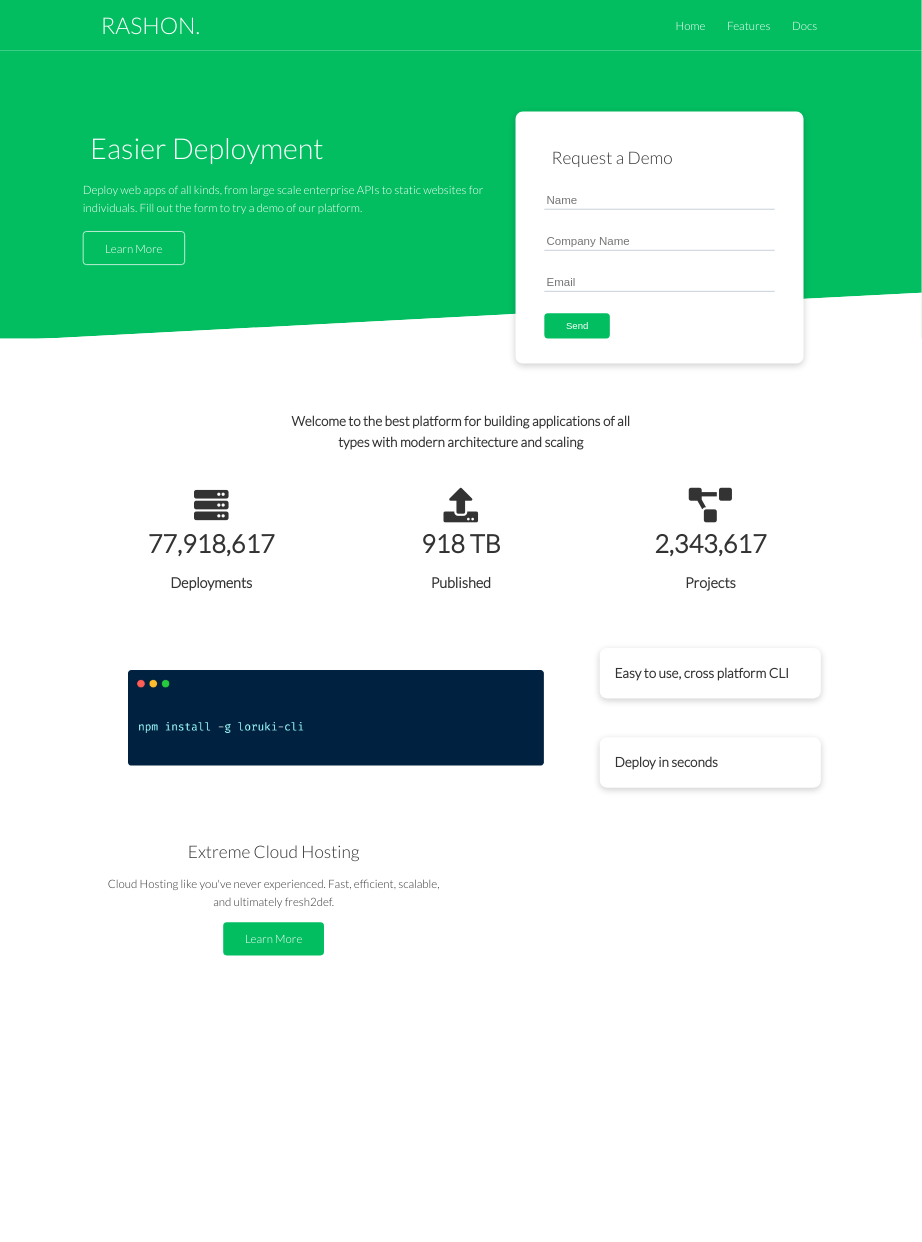
Repository: Skilis/website-modern
Page: index.html
The author's editor kept a copy of each file at every save. The page is drawn from the files as they stood at one save, then again after the next save.
The browser window is 1280 px wide. The pictures show the whole page, at 72% of full size.

Above is the page before, as saved 2020-10-23 15:12:22.

### index.html
<!DOCTYPE html>
<html lang="en">

<head>
  <meta charset="UTF-8">
  <meta name="viewport" content="width=device-width, initial-scale=1.0">
  <link rel="stylesheet" href="https://cdnjs.cloudflare.com/ajax/libs/font-awesome/5.15.1/css/all.min.css"
    integrity="sha512-+4zCK9k+qNFUR5X+cKL9EIR+ZOhtIloNl9GIKS57V1MyNsYpYcUrUeQc9vNfzsWfV28IaLL3i96P9sdNyeRssA=="
    crossorigin="anonymous" />
  <link rel="stylesheet" href="css/utilities.css">
  <link rel="stylesheet" href="css/style.css">

  <title>Rashon | Cloud Hosting For The SuperPhly</title>
</head>

<body>
  <!-- Navbar-->
  <div class="navbar">
    <div class="container flex">
      <h1 class="logo">RASHON.</h1>
      <nav>
        <ul>
          <li><a href="index.html">Home</a></li>
          <li><a href="features.html">Features</a></li>
          <li><a href="docs.html">Docs</a></li>
        </ul>
      </nav>
    </div>

  </div>

  <!-- Showcase-->

  <section class="showcase">
    <div class="container grid">
      <div class="showcase-text">
        <h1>Easier Deployment</h1>
        <p>Deploy web apps of all kinds, from large scale enterprise APIs to static websites for individuals. Fill out
          the form to try a demo of our platform.</p>
        <a href="features.html" class="btn btn-outline">Learn More</a>
      </div>

      <div class="showcase-form card">
        <h2>Request a Demo</h2>
        <form>
          <div class="form-control">
            <input type="text" name="name" placeholder="Name" required>
          </div>
          <div class="form-control">
            <input type="text" name="company" placeholder="Company Name" required>
          </div>
          <div class="form-control">
            <input type="email" name="email" placeholder="Email" required>
          </div>
          <input type="submit" value="Send" class="btn btn-primary">
        </form>
      </div>
    </div>

  </section>

  <!-- Stats-->

  <section class="stats">
    <div class="container">
      <h3 class="stats-heading text-center my-1">
        Welcome to the best platform for building applications of all types with modern architecture and scaling
      </h3>

      <div class="grid grid-3 text-center my-4">
        <div>
          <i class="fas fa-server fa-3x"></i>
          <h3>77,918,617</h3>
          <p class="text-secondary">Deployments</p>
        </div>
        <div> <i class="fas fa-upload fa-3x"></i>
          <h3>918 TB</h3>
          <p class="text-secondary">Published</p>
        </div>
        <div> <i class="fas fa-project-diagram fa-3x"></i>
          <h3>2,343,617</h3>
          <p class="text-secondary">Projects</p>
        </div>
      </div>


    </div>

  </section>

  <!-- Cli -->

  <section class="cli">
    <div class="container grid">
      <img src="images/cli.png" alt="">
      <div class="card">
        <h3>Easy to use, cross platform CLI</h3>
      </div>
      <div class="card">
        <h3>Deploy in seconds</h3>
      </div>

    </div>
  </section>

  <!-- Cloud -->

  <section class="cloud bg-primary my-2 py-2">
    <div class="container grid">
      <div class="text-center">
        <h2 class="lg"> Extreme Cloud Hosting</h2>
        <p class="lead my-1">Cloud Hosting like you've never experienced. Fast, efficient, scalable, and ultimately
          fresh2def.</p>
        <a href="features.html" class="btn btn-dark">Learn More</a>
        <img src="images/cloud.png" alt="">
      </div>
    </div>
  </section>


</body>

</html>

### css/utilities.css
.container {
  max-width: 1100px;
  margin: 0 auto;
  overflow: auto;
  padding: 0 40px;
}

.card {
  background-color: #fff;
  color: #333;
  border-radius: 10px;
  box-shadow: 0 3px 10px rgba(0, 0, 0, 0.2);
  padding: 20px;
  margin: 10px;
}

.btn {
  display: inline-block;
  padding: 10px 30px;
  cursor: pointer;
  background: var(--primary-color);
  color: #fff;
  border: none;
  border-radius: 5px;
}

.btn-outline {
  background-color: transparent;
  border: 1px #fff solid;
}

.btn:hover {
  transform: scale(.98);
}

.text-center {
  text-align: center;
}

.flex {
  display: flex;
  justify-content: center;
  align-items: center;
  height: 100%;
}

.grid {
  display: grid;
  grid-template-columns: repeat(2, 1fr);
  gap: 20px;
  justify-content: center;
  align-items: center;
  height: 100%;
}

.grid-3 {
  grid-template-columns: repeat(3, 1fr);
}

/* Margin */

.my-1 {
  margin: 1rem;
}

.my-2 {
  margin: 1.5rem 0;
}

.my-3 {
  margin: 2rem 0;
}

.my-4 {
  margin: 3rem 0;
}

.my-5 {
  margin: 4rem 0;
}

.m-1 {
  margin: 1rem;
}

.m-2 {
  margin: 1.5rem;
}

.m-3 {
  margin: 2rem;
}

.m-4 {
  margin: 3rem;
}

.m-5 {
  margin: 4rem;
}

/* Padding */

.py-1 {
  padding: 1rem;
}

.py-2 {
  padding: 1.5rem 0;
}

.py-3 {
  padding: 2rem 0;
}

.py-4 {
  padding: 3rem 0;
}

.py-5 {
  padding: 4rem 0;
}

.p-1 {
  padding: 1rem;
}

.p-2 {
  padding: 1.5rem;
}

.p-3 {
  padding: 2rem;
}

.p-4 {
  padding: 3rem;
}

.p-5 {
  padding: 4rem;
}

### css/style.css
@import url('https://fonts.googleapis.com/css2?family=Lato:wght@300&display=swap');

:root {
  --primary-color: #03be61;
}

* {
  box-sizing: border-box;
  padding: 0;
  margin: 0;
}

body {
  font-family: 'Lato', sans-serif;
  color: #333;
  line-height: 1.6;
}

ul {
  list-style-type: none;
}

a {
  text-decoration: none;
  color: #333;
}

h1,
h2 {
  font-weight: 300;
  line-height: 1.2;
  margin: 10px;
}

p {
  margin: 10px 0;
}

img {
  width: 100%;
}

/* Navrbar*/

.navbar {
  background-color: var(--primary-color);
  color: #fff;
  height: 70px;
}

.navbar ul {
  display: flex;
}

.navbar a {
  color: #fff;
  padding: 10px;
  margin: 0 5px;
}

.navbar a:hover {
  border-bottom: 2px white solid;
}

.navbar .flex {
  justify-content: space-between;
}

/* Showcase*/

.showcase {
  height: 400px;
  background-color: var(--primary-color);
  color: white;
  position: relative;
}

.showcase h1 {
  font-size: 40px;
}

.showcase p {
  margin: 20px 0;
}

.showcase .grid {
  overflow: visible;
  grid-template-columns: 55% 45%;
  gap: 30px;
}

.showcase-form {
  position: relative;
  top: 60px;
  height: 350px;
  width: 400px;
  padding: 40px;
  z-index: 100;
}

.showcase-form .form-control {
  margin: 30px 0;
}

.showcase-form input[type='text'],
.showcase-form input[type='email'] {
  border: 0;
  border-bottom: 1px solid #b4becb;
  width: 100%;
  padding: 3px;
  font-size: 16px;
}

.showcase-form input:focus {
  outline: none;
}

.showcase::before,
.showcase::after {
  content: '';
  position: absolute;
  height: 100px;
  bottom: -70px;
  right: 0;
  left: 0;
  background: white;
  transform: skewY(-3deg);
  -webkit-transform: skewY(-3deg);
  -moz-transform: skewY(-3deg);
  -ms-transform: skewY(-3deg);
}

/* Stats */

.stats {
  padding-top: 100px;
}

.stats-heading {
  max-width: 500px;
  margin: auto;
}

.stats .grid h3 {
  font-size: 35px;
}

.stats .grid p {
  font-size: 20px;
  font-weight: bold;
}

/* Cli */

.cli .grid {
  grid-template-columns: repeat(3, 1fr);
  grid-template-rows: repeat(2, 1fr);
}

.cli .grid>*:first-child {
  grid-column: 1 / span 2;
  grid-row: 1 / span 2;
}

/* Cloud */

After the next save:
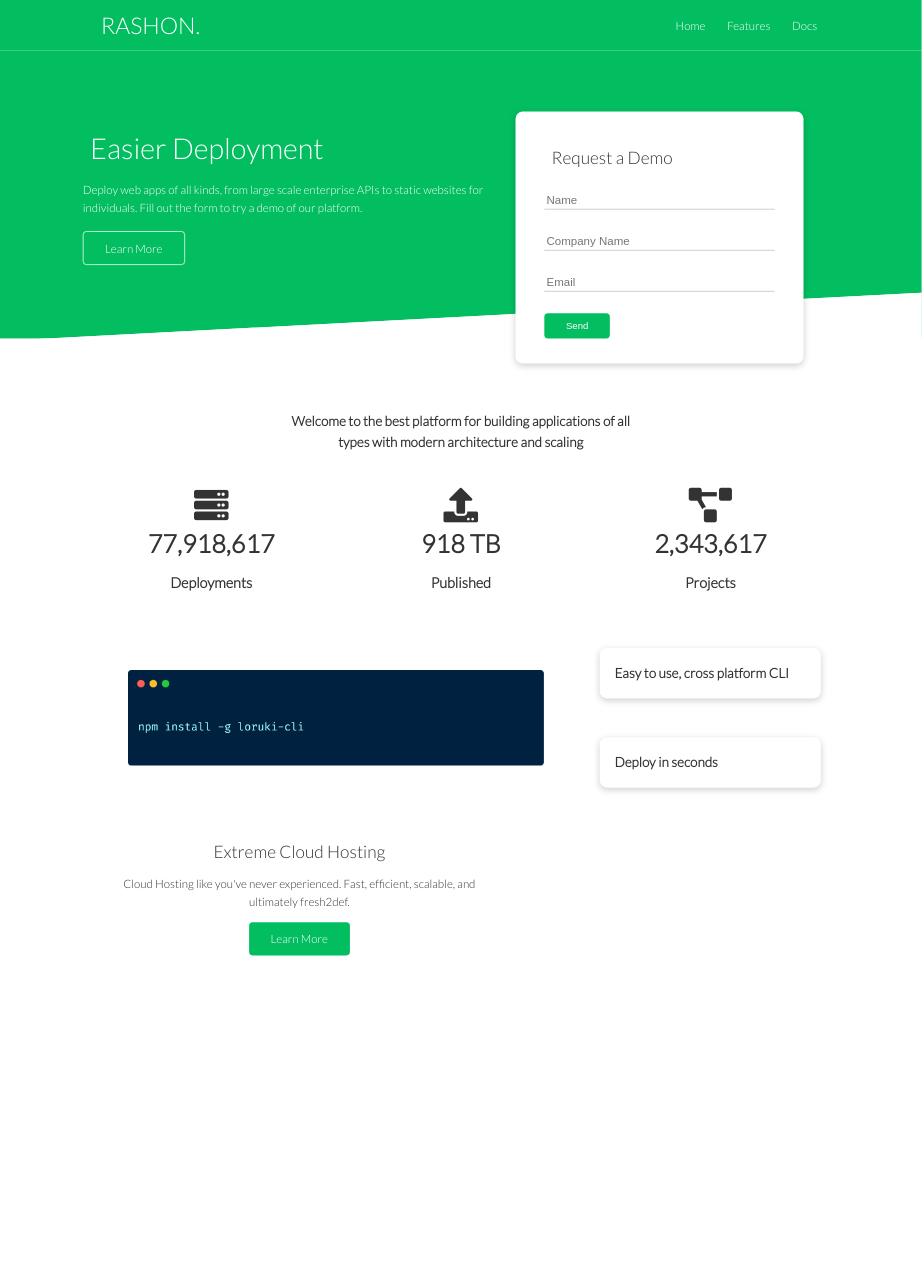
Saved 34 s later.
--- a/css/style.css
+++ b/css/style.css
@@ -163,3 +163,7 @@
 }
 
 /* Cloud */
+
+.cloud .grid {
+  grid-template-columns: 4fr 3fr;
+}
